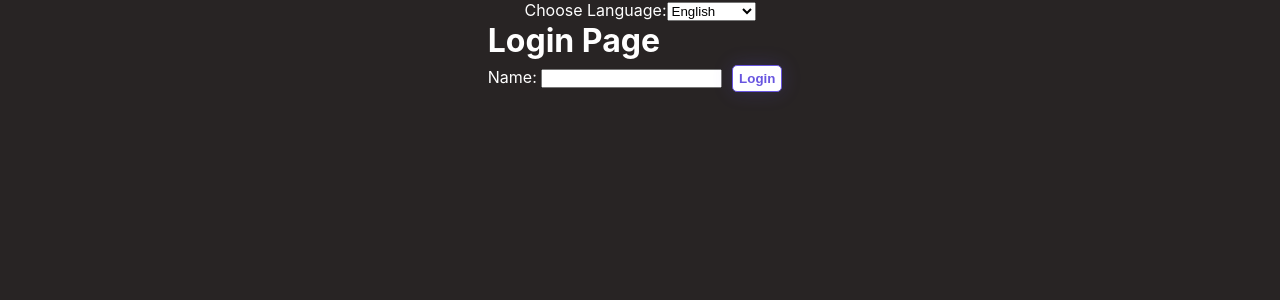
Repository: Novoselets28/star-wars-hooks
Page: /
The author's editor kept a copy of each file at every save. The page is drawn from the files as they stood at one save, then again after the next save.
The browser window is 1280 px wide. The pictures show the whole page.
The project was rebuilt for these pictures with package versions that can differ from the ones it lists, and the page was loaded fresh each time. Also part of the build but not shown: src/components/HomePage.jsx, src/components/People/CurrentPeople.jsx, src/components/People/PeopleList.jsx, src/components/People/People.jsx, src/components/Planets/CurrentPlanet.jsx, src/components/Planets/PlanetsList.jsx, src/components/Planets/Planets.jsx, src/components/Starships/CurrentStarship.jsx and 4 more.

Above is the page before, as saved 2023-03-27 19:21:19.

After the next save:
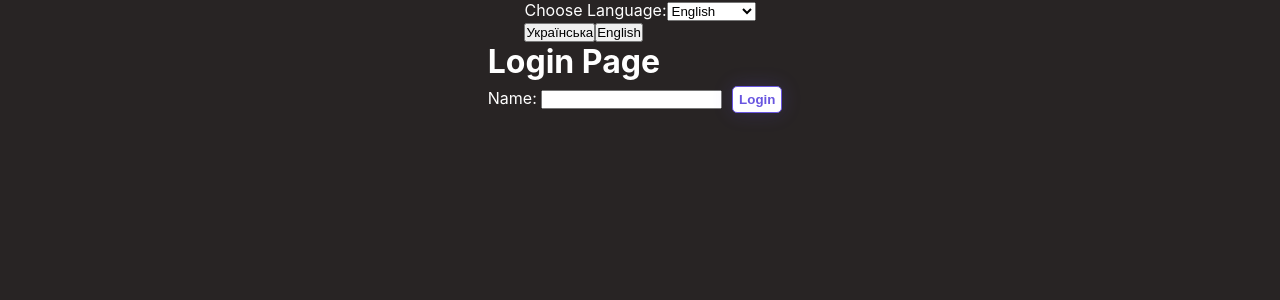
Saved 12 min 3 s later.
--- a/src/components/Header.jsx
+++ b/src/components/Header.jsx
@@ -1,16 +1,24 @@
 import React, { useContext } from 'react';
-import { LangContext } from '../App';
+import { LangContext, ThemeContext } from '../App';
 
 
 
 
 function Header() {
   const { language, setLanguage} = useContext(LangContext);
+  const {theme , setTheme} = useContext(ThemeContext)
 
 
   const handleLanguageChange = (event) => {
     setLanguage(event.target.value);
   };
+
+  const handleChangeTheme = () =>{
+    setCurrentTheme(!currentTheme)
+    }
+    const toggleTheme = () => {
+          setTheme(theme === 'light' ? 'dark' : 'light');
+        };
 
 
 
@@ -22,6 +30,10 @@ function Header() {
         <option value="eng">English</option>
         <option value="ukr">Українська</option>
       </select>
+      <div className="toggle__lang">
+                <button className={theme==="ukr" ? "active" : ""} onClick={()=>setTheme("ukr")}>Українська</button>
+                <button className={theme==="eng" ? "active" : ""} onClick={()=>setTheme("eng")}>English</button>
+            </div>
     </div>
   );
 }
